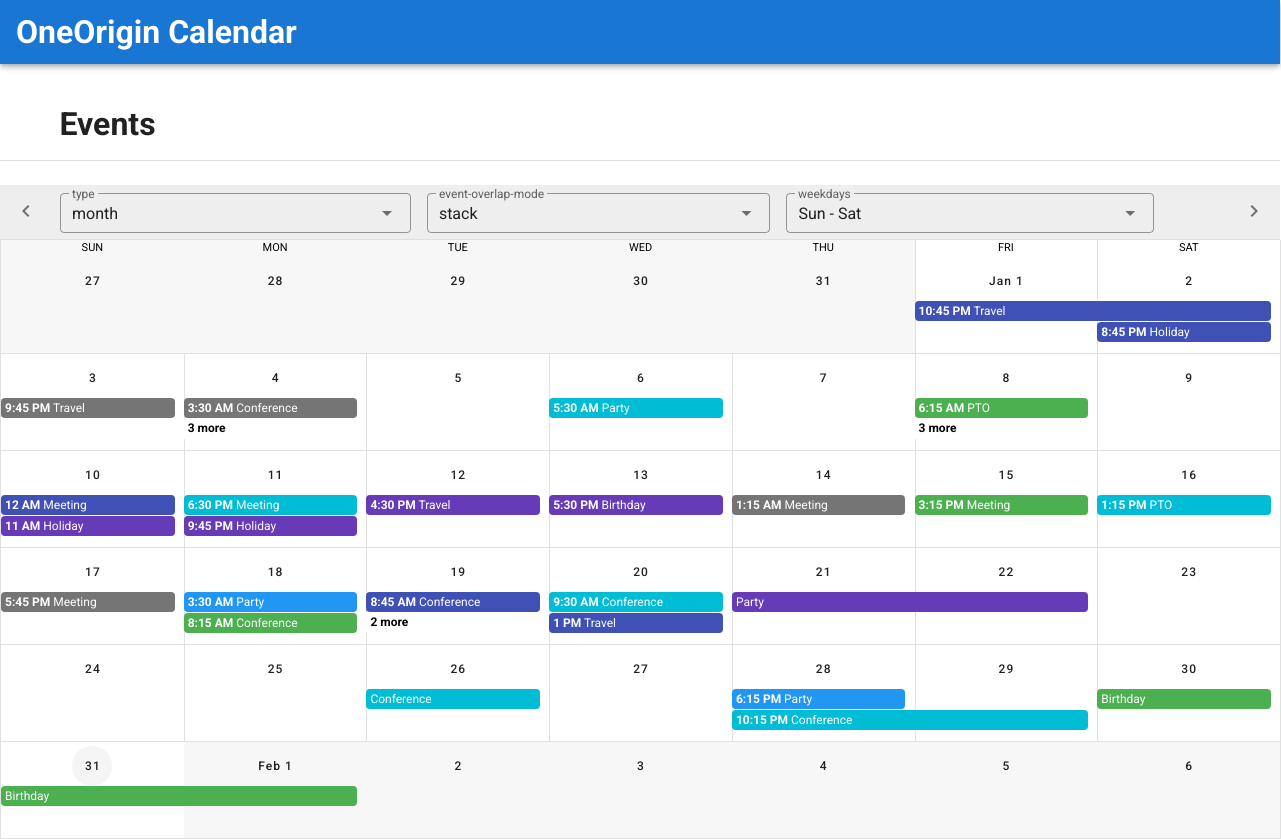
Repository: Shinobi247/OO-Calenda-events
Page: /
These files come from the project's save history. The page is drawn as it stood at one moment and after the next save; the edit follows.
The browser window is 1280 px wide. The page is 1281 px wide, then 1280 px, so the pictures cover 1281 px, including what lies to the right of the window. The pictures show the whole page.
The project was rebuilt for these pictures with package versions that can differ from the ones it lists, and the page was loaded fresh each time. Also part of the build but not shown: vue.config.js.

Above is the page before, as saved 2021-02-01 15:01:33.

After the next save:
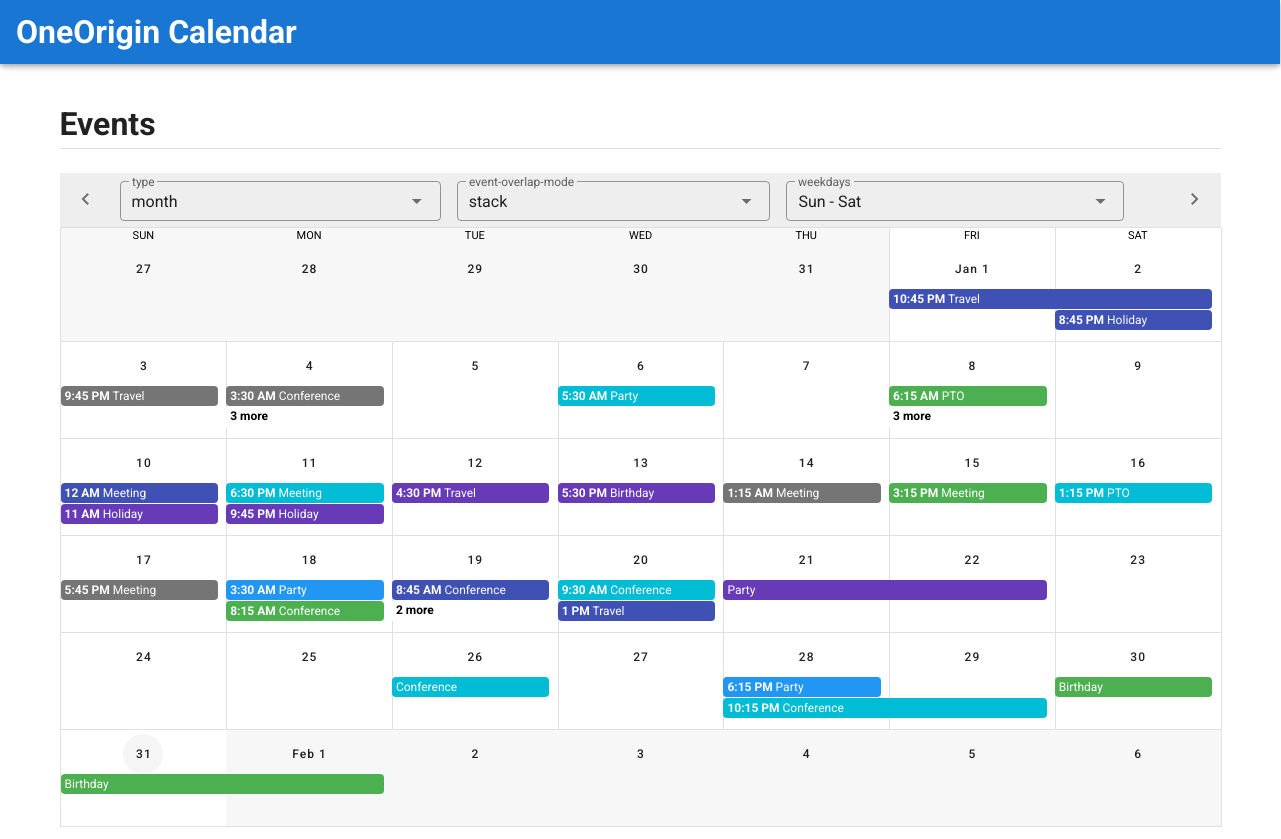
Saved 22 s later.
--- a/src/App.vue
+++ b/src/App.vue
@@ -37,11 +37,10 @@
       <br />
       <v-container>
         <h1>Events</h1>
+        <v-divider></v-divider>
+        <br />
+        <Calendar />
       </v-container>
-
-      <v-divider></v-divider>
-      <br />
-      <Calendar />
     </v-main>
   </v-app>
 </template>
